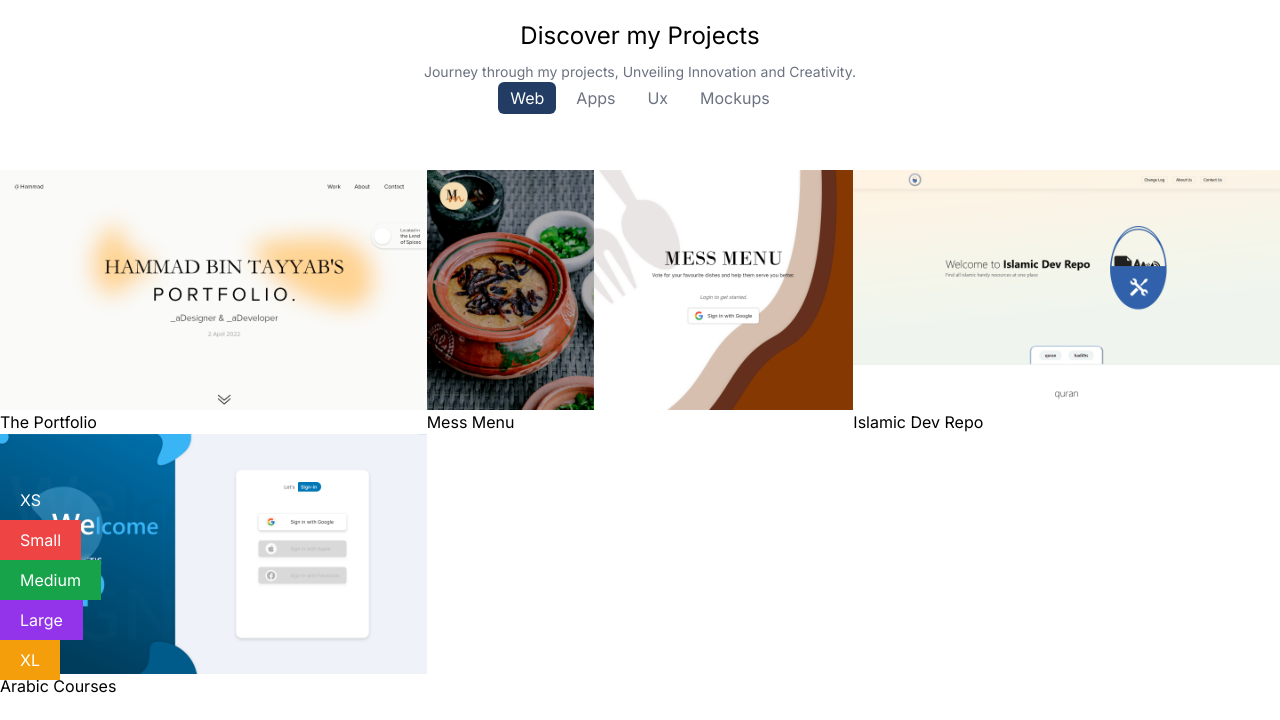
Repository: SpicierEwe/my_portfolio_v2
Page: /
The author's editor kept a copy of each file at every save. The page is drawn from the files as they stood at one save, then again after the next save.
The browser window is 1280 px wide. The pictures show the whole page.
The project was rebuilt for these pictures with package versions that can differ from the ones it lists, and the page was loaded fresh each time. The framework's server and built-in components were replaced by stand-ins that run in the browser. Also part of the build but not shown: next.config.js, core/utils/customIcons.js, core/utils/utils.tsx, core/db/sub_db_data/ux_db.js.

Above is the page before, as saved 2024-04-22 10:57:53.

After the next save:
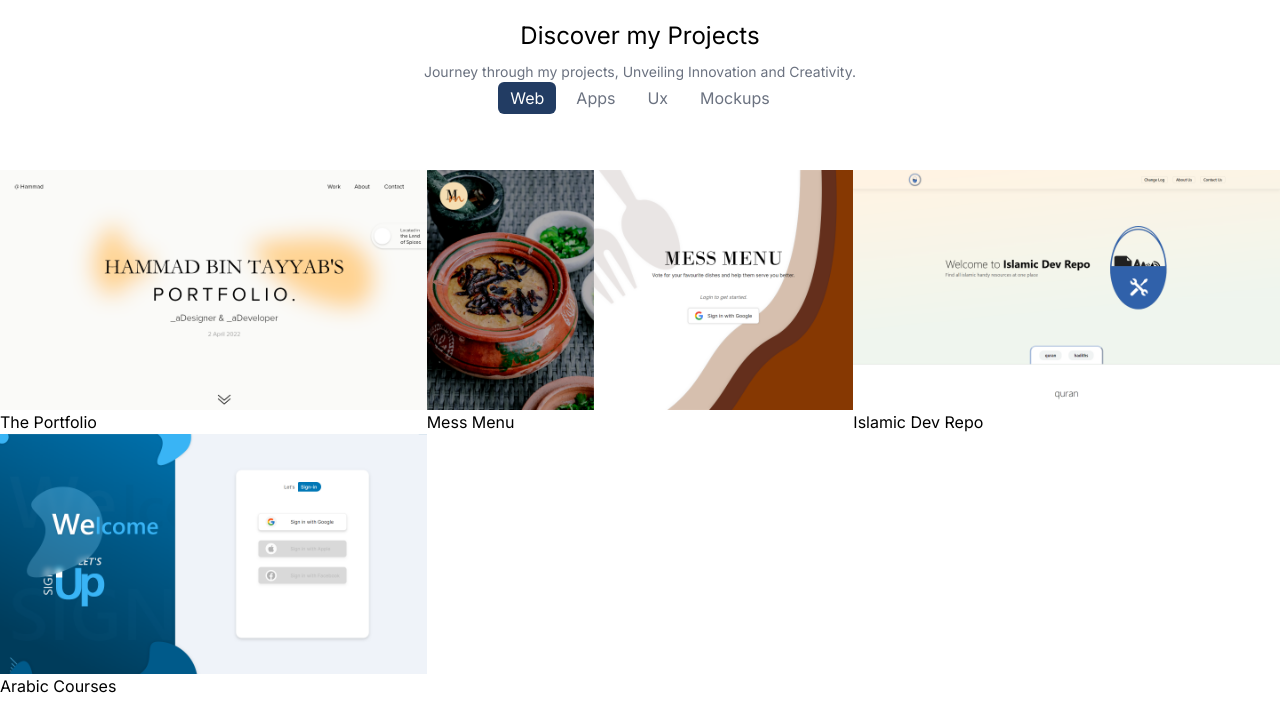
Saved 8 s later.
--- a/app/page.tsx
+++ b/app/page.tsx
@@ -6,9 +6,9 @@ import Image from "next/image";
 export default function Home() {
   return (
     <main>
-      <div className="absolute z-30 overflow-hidden bottom-0 ">
-        <DevicePreview false />
-      </div>
+      {/* <div className="absolute z-30 overflow-hidden bottom-0 ">
+        <DevicePreview  />
+      </div> */}
       {/* <div className="overflow-hidden">
         <HeroSection />
       </div> */}
